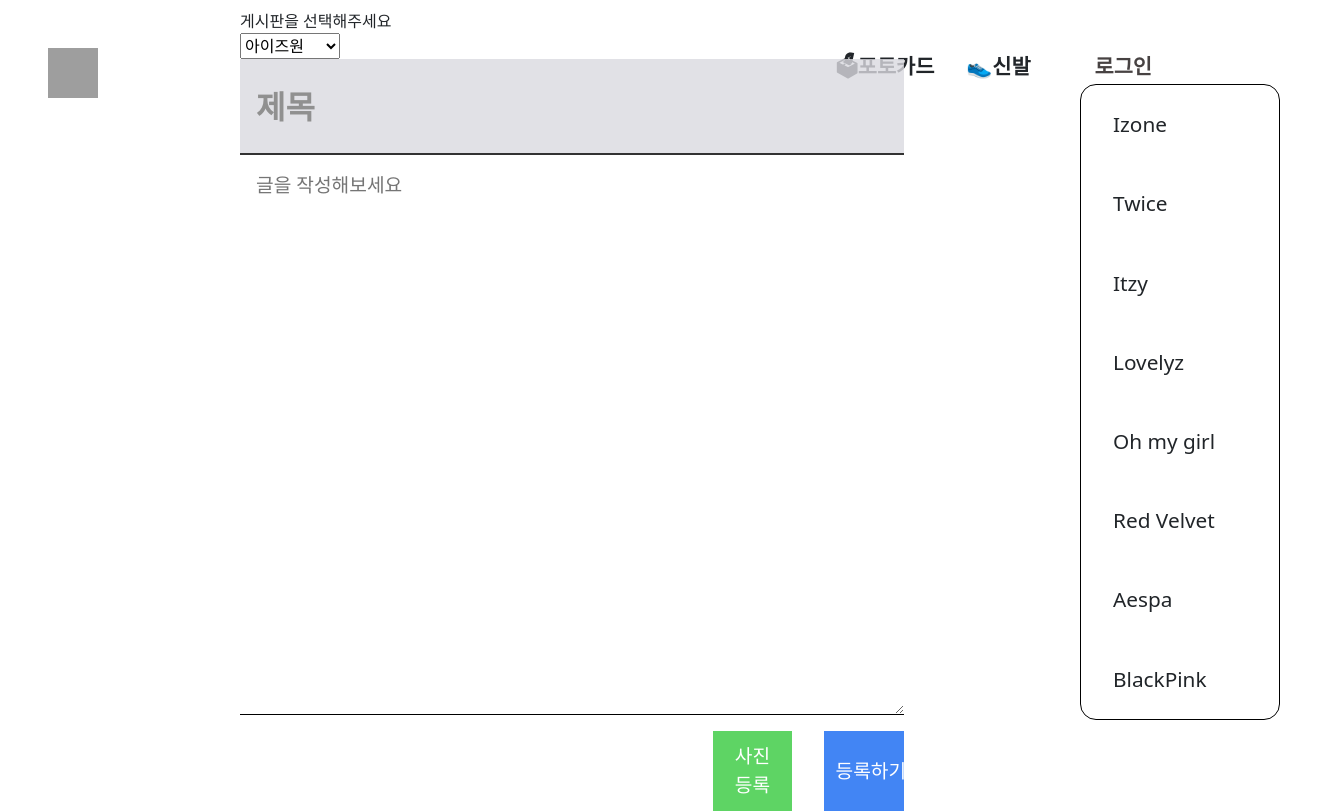
Repository: hwangstar156/goods-trader
Page: /write
An editor plug-in stored every save of this project. The page is shown before and after a run of saves, followed by the edit.
The browser window is 1280 px wide. The page is 1328 px wide, so the pictures cover 1328 px, including what lies to the right of the window. The pictures show the whole page.
Pictures or frames that could not be fetched are drawn as grey boxes. Some web libraries are served in a nearby version. The project was rebuilt for these pictures with package versions that can differ from the ones it lists, and the page was loaded fresh each time. Also part of the build but not shown: src/App.css, src/component/sign-up/sign-up.component.jsx, src/component/sign-in/sign-in.styles.scss, src/component/sign-in/sign-in.component.jsx, src/component/with-spinner/withSpinner.styles.scss, src/component/with-spinner/withSpinner.component.jsx, src/pages/userprofile/userprofile.styles.scss, src/pages/userprofile/userprofile.utils.js and 7 more.

Above is the page before, as saved 2021-09-05 17:57:38.

### public/index.html
<!DOCTYPE html>
<html lang="en">
  <head>
    <meta charset="utf-8" />
    <link rel="icon" href="%PUBLIC_URL%/favicon.ico" />
    <meta name="viewport" content="width=device-width, initial-scale=1" />
    <meta name="theme-color" content="#000000" />
    <meta
      name="description"
      content="Web site created using create-react-app"
    />
    <link rel="apple-touch-icon" href="%PUBLIC_URL%/logo192.png" />

    <link rel="manifest" href="%PUBLIC_URL%/manifest.json" />
    <script src="https://kit.fontawesome.com/08c91e1c0e.js" crossorigin="anonymous"></script>
    <title>Goods trader</title>
  </head>
  <body>
    <div id="root"></div>
  </body>
</html>

### src/index.js
import React from "react";
import ReactDOM from "react-dom";
import "./index.css";
import App from "./App";
import reportWebVitals from "./reportWebVitals";
import { BrowserRouter } from "react-router-dom";
import { PersistGate } from "redux-persist/integration/react";
import { store, persistor } from "./redux/store";
import { Provider } from "react-redux";
import "bootstrap/dist/css/bootstrap.min.css";
ReactDOM.render(
  <Provider store={store}>
    <BrowserRouter>
      <PersistGate persistor={persistor}>
        <App />
      </PersistGate>
    </BrowserRouter>
  </Provider>,

  document.getElementById("root")
);

// If you want to start measuring performance in your app, pass a function
// to log results (for example: reportWebVitals(console.log))
// or send to an analytics endpoint. Learn more: https://bit.ly/CRA-vitals
reportWebVitals();

### src/App.js
import "./App.css";
import { Switch, Route, Redirect } from "react-router-dom";
import SignUpPage from "./component/sign-up/sign-up.component";
import SignInPage from "./component/sign-in/sign-in.component";
import UserProfileContainer from "./pages/userprofile/userprofile.container";
import React, { useEffect } from "react";
import Header from "./component/header/header.component";
import HomePage from "./pages/homepage.component";
import { useDispatch, useSelector } from "react-redux";
import { selectCurrentUser } from "./redux/user/user.selector";
import { checkUserSession } from "./redux/user/user.action";
import WritePage from "./pages/write/write.pages";
const App = () => {
  const currentUser = useSelector(selectCurrentUser);
  const dispatch = useDispatch();

  useEffect(() => {
    dispatch(checkUserSession());
  }, [dispatch]);
  return (
    <>
      <Header />
      <Switch>
        <Route exact path="/" render={() => <HomePage />} />
        <Route exact path="/signup" component={SignUpPage} />
        <Route
          exact
          path="/signin"
          render={() => (currentUser ? <Redirect to="/" /> : <SignInPage />)}
        />
        <Route exact path="/profile" component={UserProfileContainer}></Route>
        <Route exact path="/write" component={WritePage}></Route>
      </Switch>
    </>
  );
};

export default App;

### src/redux/store.js
import { createStore, applyMiddleware } from "redux";
import logger from "redux-logger";
import { persistStore } from "redux-persist";
import rootReducer from "./root-redux";
import { composeWithDevTools } from "redux-devtools-extension";
import createSagaMiddleware from "redux-saga";
import rootSaga from "./root-saga";

const sagaMiddleware = createSagaMiddleware();
const middlewares = [logger, sagaMiddleware];

const store = createStore(
  rootReducer,
  composeWithDevTools(applyMiddleware(...middlewares))
);
sagaMiddleware.run(rootSaga);
const persistor = persistStore(store);

export { store, persistor };

### src/pages/userprofile/userprofile.container.jsx
import WithSpinner from "../../component/with-spinner/withSpinner.component";
import UserProfilePage from "./userprofile.pages";
import { compose } from "redux";
import { connect } from "react-redux";
import { createStructuredSelector } from "reselect";
import { selectUserFetching } from "../../redux/user/user.selector";

const mapStateToProps = createStructuredSelector({
  isLoading: selectUserFetching,
});

const UserProfileContainer = compose(
  connect(mapStateToProps),
  WithSpinner
)(UserProfilePage);

export default UserProfileContainer;

### src/component/header/header.component.jsx
import React from "react";
import ProfileIcon from "../userprofile/profileicon.component";
import { Link, useHistory } from "react-router-dom";
import "./header.styles.scss";
import { useSelector } from "react-redux";
import {
  selectCurrentUser,
  selectUserLoggedIn,
} from "../../redux/user/user.selector";

const Header = () => {
  const currentUser = useSelector(selectCurrentUser);
  const isLoggedIn = useSelector(selectUserLoggedIn);
  const history = useHistory();
  const handleLogoClick = () => {
    history.push("/");
  };

  return (
    <>
      <div className="header-container">
        <div className="logo" onClick={handleLogoClick}>
          <img
            src="https://www.freepnglogos.com/uploads/logo-website-png/logo-website-file-globe-icon-svg-wikimedia-commons-21.png"
            alt=""
            className="logo-img"
          />
        </div>
        <div className="header-element">
          {isLoggedIn ? (
            <Link className="header-write" to="/write">
              📝글쓰기
            </Link>
          ) : null}

          <div className="header-photocard">🗳포토카드</div>
          <div className="header-sneakers">👟신발</div>
          {currentUser ? (
            <ProfileIcon />
          ) : (
            <Link to="/signin" className="sign-in-btn">
              로그인
            </Link>
          )}
        </div>
      </div>
    </>
  );
};

export default Header;

### src/redux/user/user.selector.js
import { createSelector } from "reselect";

const selectUser = (state) => state.user;

export const selectCurrentUser = createSelector(
  [selectUser],
  (user) => user.currentUser
);

export const selectUserError = createSelector(
  [selectUser],
  (user) => user.error
);

export const selectUserFetching = createSelector(
  [selectUser],
  (user) => user.isFetching
);

export const selectUserLoggedIn = createSelector(
  [selectUser],
  (user) => user.isLoggedIn
);

### src/redux/user/user.action.js
import { UserActionTypes } from "./user.types";

export const googleSignInStart = () => ({
  type: UserActionTypes.GOOGLE_SIGN_IN_START,
});

export const emailSignInStart = (emailAndPassword) => ({
  type: UserActionTypes.EMAIL_SIGN_IN_START,
  payload: emailAndPassword,
});

export const signInSuccess = (user) => ({
  type: UserActionTypes.SIGN_IN_SUCCESS,
  payload: user,
});

export const signInFailure = (err) => ({
  type: UserActionTypes.SIGN_IN_FAILURE,
  payload: err,
});

export const checkUserSession = () => ({
  type: UserActionTypes.CHECK_USER_SESSION,
});

export const signOutStart = () => ({
  type: UserActionTypes.SIGN_OUT_START,
});

export const signOutSuccess = () => ({
  type: UserActionTypes.SIGN_OUT_SUCCESS,
});

export const signOutFailure = (err) => ({
  type: UserActionTypes.SIGN_OUT_FAILURE,
  payload: err,
});

export const signUpStart = (userObj) => ({
  type: UserActionTypes.SIGN_UP_START,
  payload: userObj,
});

export const signUpSuccess = ({ user, additionalData }) => ({
  type: UserActionTypes.SIGN_UP_SUCCESS,
  payload: { user, additionalData },
});

export const signUpFailure = (err) => ({
  type: UserActionTypes.SIGN_UP_FAILURE,
  payload: err,
});

export const refreshUserStart = () => ({
  type: UserActionTypes.REFRESH_USER_START,
});

export const refreshUserSuccess = (user) => ({
  type: UserActionTypes.REFRESH_USER_SUCCESS,
  payload: user,
});

export const refreshUserFailure = (err) => ({
  type: UserActionTypes.REFRESH_USER_FAILURE,
  payload: err,
});

### src/pages/write/write.pages.jsx
import React from "react";
import { useState } from "react";
import { useSelector } from "react-redux";
import { firestore, storageRef } from "../../firebase/firebase.utils";
import { selectCurrentUser } from "../../redux/user/user.selector";
import { v4 as uuidv4 } from "uuid";
import { useRef } from "react";
import MenuAside from "../../component/menu-aside/menu-aside.component";
import "github-markdown-css";
import "./write.styles.scss";
import { selectIdols } from "../../redux/idol/idol.selector";
const WritePage = () => {
  const imgRef = useRef(null);
  const currentUser = useSelector(selectCurrentUser);
  const idolCollection = useSelector(selectIdols);
  const [text, setText] = useState({
    headText: "",
    mainText: "",
  });
  const [file, setFile] = useState("");
  const { headText, mainText } = text;

  const onSubmit = async (e) => {
    e.preventDefault();
    let fileUrl = "";
    const fileRef = storageRef.child(`${currentUser.id}/${uuidv4()}`);
    const responce = await fileRef.put(file);

    console.log(responce);
    responce.ref.getDownloadURL().then((url) => {
      fileUrl = url;
      imgRef.current.src = url;
    });

    const writing = {
      headText,
      mainText,
      createAt: Date.now(),
      fileUrl,
    };
    firestore.collection("writings").add(writing);
    setFile("");
    setText({
      ...text,
      headText: "",
      mainText: "",
    });
  };

  const onChangeTextInput = (e) => {
    const name = e.target.name;
    setText({
      ...text,
      [name]: e.target.value,
    });
  };

  const onChangeFiles = (e) => {
    const theFile = e.target.files[0];
    if (!theFile) {
      return;
    }
    if (!theFile.type.match(/image.*/)) {
      return;
    }
    setFile(theFile);
  };

  const onChangeSelectIdol = (e) => {};

  return (
    <div className="write-container">
      <form onSubmit={onSubmit} className="inputs-form">
        <label htmlFor="">게시판을 선택해주세요</label>
        <select
          name="idol"
          id="select-collection"
          onChange={onChangeSelectIdol}
          className="idol-selector"
        >
          {idolCollection.map(({ id, title }) => (
            <option key={id} value={title}>
              {title}
            </option>
          ))}
        </select>
        <input
          type="text"
          name="headText"
          className="head-input"
          value={headText}
          placeholder="제목"
          onChange={onChangeTextInput}
        />
        <textarea
          type="text"
          placeholder="글을 작성해보세요"
          className="main-input"
          name="mainText"
          value={mainText}
          onChange={onChangeTextInput}
        />
        <input
          type="file"
          accept="image/*"
          onChange={onChangeFiles}
          className="file-input"
        />
        <footer className="footer-element">
          <button type="button" className="file-btn">
            사진 등록
          </button>
          <input type="submit" className="submit-btn" value="등록하기" />
        </footer>
      </form>
      <MenuAside className="menu-aside" />
      <div className="image-preview">
        <img src="" alt="" ref={imgRef} />
      </div>
    </div>
  );
};

export default WritePage;

### src/redux/root-redux.js
import { combineReducers } from "redux";
import { persistReducer } from "redux-persist";
import storage from "redux-persist/lib/storage";
import idolReducer from "./idol/idol.reducer";
import userReducer from "./user/user.reducer";
const persistConfig = {
  key: "root",
  storage,
  whitelist: ["cart"],
};

const rootReducer = combineReducers({
  user: userReducer,
  idol: idolReducer,
});

export default persistReducer(persistConfig, rootReducer);

### src/redux/root-saga.js
import { all, call } from "redux-saga/effects";
import { userSagas } from "./user/user.saga";
export default function* rootSaga() {
  yield all([call(userSagas)]);
}

### src/component/sign-up/sign-up.styles.scss
@import url("https://fonts.googleapis.com/css2?family=Poppins&display=swap");
@import url("https://fonts.googleapis.com/css2?family=Jua&display=swap");

* {
  box-sizing: content-box;
  margin: 0;
}
.sign-up-page {
  width: 100%;
  height: 100vh;
  font-family: "Jua", sans-serif;
  & .form-input {
    display: flex;
    flex-direction: column;
    width: 35%;
    justify-content: center;
    margin: 0 auto;
    margin-top: 4rem;
    background-color: skyblue;
    padding: 3rem;
    border-radius: 1rem;

    & h3 {
      font-size: 2rem;
      text-align: center;
      color: black;
    }

    & .sign-up-input {
      margin-top: 2rem;
      height: 3rem;
      background-color: lightgray;
      border: 1px solid black;
      border-radius: 0.5rem;
      font-size: 1rem;
      letter-spacing: 0.1rem;
      padding-left: 1rem;
      &::placeholder {
        letter-spacing: normal;
        font-size: 80%;
        opacity: 1;
      }
    }
  }

  & .sign-up-title {
    display: flex;
    font-style: italic;
    padding-top: 3rem;
    font-size: 3em;

    color: tomato;
    justify-content: center;

    & strong {
      color: blue;
    }
  }

  & .submit-btn {
    width: 20%;
    margin: 4rem auto 0 auto;
    padding: 1rem;
    border-radius: 1.5rem;
    border: transparent;
    background-color: #4285f4;
    color: white;
    font-size: 1rem;

    &:hover {
      cursor: pointer;
      background-color: #357ae8;
    }
  }
}

### src/component/header/header.styles.scss
@import url("https://fonts.googleapis.com/css2?family=Jua&display=swap");

.header-container {
  display: flex;
  position: relative;
  left: 3rem;
  top: 3rem;
  & .logo-img {
    width: 50px;
    height: 50px;
    cursor: pointer;
  }

  & .header-element {
    display: flex;
    position: absolute;
    right: 11rem;
    font-size: 1.3rem;
    line-height: 40px;
    font-weight: 600;
    font-family: "Jua", sans-serif;

    & .header-write {
      text-decoration: none;
      color: rgb(71, 66, 66);
    }

    & .sign-in-btn {
      text-decoration: none;
      color: rgb(71, 66, 66);
    }
    & .header-write {
      margin-right: 2rem;
    }

    & .header-photocard {
      margin-right: 2rem;
    }

    & .header-sneakers {
      margin-right: 4rem;
    }
  }
}

### src/redux/user/user.types.js
export const UserActionTypes = {
  GOOGLE_SIGN_IN_START: "GOOGLE_SIGN_IN_START",
  EMAIL_SIGN_IN_START: "EMAIL_SIGN_IN_START",
  SIGN_IN_SUCCESS: "SIGN_IN_SUCCESS",
  SIGN_IN_FAILURE: "SIGN_IN_FAILURE",
  CHECK_USER_SESSION: "CHECK_USER_SESSION",
  SIGN_OUT_START: "SIGN_OUT_START",
  SIGN_OUT_SUCCESS: "SIGN_OUT_SUCCESS",
  SIGN_OUT_FAILURE: "SIGN_OUT_FAILURE",
  SIGN_UP_START: "SIGN_UP_START",
  SIGN_UP_SUCCESS: "SIGN_UP_SUCCESS",
  SIGN_UP_FAILURE: "SIGN_UP_FAILURE",
  CHANGE_USER_IMAGE: "CHANGE_USER_IMAGE",
  REFRESH_USER_START: "REFRESH_USER_START",
  REFRESH_USER_SUCCESS: "REFRESH_USER_REFRESH_USER_SUCCESS",
  REFRESH_USER_FAILURE: "REFRESH_USER_FAILURE",
};

### src/component/menu-aside/menu-aside.component.jsx
import React from "react";
import "./menu-aside.styles.scss";
const MenuAside = () => {
  return (
    <aside>
      <ul className="menu-aside">
        <li>Izone</li>
        <li>Twice</li>
        <li>Itzy</li>
        <li>Lovelyz</li>
        <li>Oh my girl</li>
        <li>Red Velvet</li>
        <li>Aespa</li>
        <li>BlackPink</li>
      </ul>
    </aside>
  );
};

export default MenuAside;

### src/pages/write/write.styles.scss
.write-container {
  height: 100vh;
  display: flex;
  justify-content: center;
  align-items: center;



  & .inputs-form {
    display: flex;
    flex-direction: column;
    margin-left: 15rem;
    margin-right: 6rem;
    width: 900px;
    & .idol-selector{
        width: 15%;
        display: inline-block;
    }
    & .head-input {
      height: 6rem;
      border: none;
      border-bottom: 2px solid black;
      background-color: rgb(218, 218, 224);
      opacity: 0.8;
      padding-left: 1rem;
      font-weight: 600;
      font-size: 2rem;
      &:focus {
        outline: none;
      }
    }

    & .main-input {
      border: none;
      border-bottom: 1px solid black;
      height: 35rem;
      padding: 1rem 0 0 1rem;
      font-size: 1.2rem;
      &:focus {
        outline: none;
      }
    }

     & .file-input{
         display: none;
     }
    & .footer-element{
        display: flex;
        & .file-btn{
            width: 12%;
            padding: 0.7rem;
            margin-left: auto;
            margin-top: 1rem;
            margin-right: 2rem;
            color: white;
            border: none;
            font-size: 1.2rem;
            background-color: #5ed464;
            &:hover{
                background-color: #45be4b;
            }
        }
        & .submit-btn{
            width: 12%;
            padding: 0.7rem;
            margin-top: 1rem;
            color: white;
            border: none;
            font-size: 1.2rem;
            background-color: #4285f4;
            &:hover{
                background-color: #357ae8;
            }
        }
    }
  }
}

### src/redux/idol/idol.selector.js
import { createSelector } from "reselect";

const selectIdol = (state) => state.idol;

export const selectIdols = createSelector(
  [selectIdol],
  (idol) => idol.sections
);

### src/redux/idol/idol.reducer.js
import idolData from "./idol.data";
import IdolTypeActions from "./idol.type";
const idolReducer = (state = idolData, action) => {
  switch (action.type) {
    case IdolTypeActions.CHANGE_IMAGE_SIZE:
      return {
        ...state,
        imageUrl: action.payload,
      };
    default:
      return state;
  }
};

export default idolReducer;

### src/redux/user/user.reducer.js
import { UserActionTypes } from "./user.types";

const INITIAL_STATE = {
  currentUser: null,
  error: null,
  isFetching: true,
  isLoggedIn: false,
};

const userReducer = (state = INITIAL_STATE, action) => {
  switch (action.type) {
    case UserActionTypes.REFRESH_USER_START:
    case UserActionTypes.CHECK_USER_SESSION:
      return {
        ...state,
        isFetching: true,
      };
    case UserActionTypes.REFRESH_USER_SUCCESS:
    case UserActionTypes.SIGN_IN_SUCCESS:
      return {
        ...state,
        currentUser: action.payload,
        error: null,
        isFetching: false,
        isLoggedIn: true,
      };
    case UserActionTypes.SIGN_OUT_SUCCESS:
      return {
        ...state,
        currentUser: null,
        error: null,
        isLoggedIn: false,
      };
    case UserActionTypes.REFRESH_USER_FAILURE:
    case UserActionTypes.SIGN_IN_FAILURE:
    case UserActionTypes.SIGN_OUT_FAILURE:
    case UserActionTypes.SIGN_UP_FAILURE:
      return {
        ...state,
        error: action.payload,
      };
    default:
      return state;
  }
};

export default userReducer;

### src/component/menu-aside/menu-aside.styles.scss
.menu-aside {
    list-style: none;
    min-width: 200px;
    margin-left: 5rem;
    border-radius: 1rem;
    border: 1px solid black;
    padding-left: 0;

    & li {
        margin-left: 0;
      padding: 1.5rem 0 1.5rem 2rem;
      font-size: 1.3rem;
      border-radius: 1rem;
      &:hover{
          background-color: rgb(169, 169, 255);
          color: white;
        cursor:pointer;
      }
    }
  }

### src/redux/idol/idol.data.js
const idolData = {
  sections: [
    {
      title: "아이즈원",
      imageUrl:
        "https://data.ygosu.com/editor/attach/20190226/20190226183618_zltermyq.png",
      id: 1,
      linkUrl: "collection/izone",
    },
    {
      title: "트와이스",
      imageUrl: "https://pbs.twimg.com/media/Cy3Wj-5UAAAnKhC.jpg",
      id: 2,
      linkUrl: "collection/twice",
    },
    {
      title: "itzy",
      imageUrl: "https://t1.daumcdn.net/cfile/tistory/998490455C7ABBF703",
      id: 3,
      linkUrl: "collection/itzy",
    },
    {
      title: "러블리즈",
      imageUrl: "https://pbs.twimg.com/media/DNoNIHMUEAAQRai.jpg:large",
      id: 4,
      linkUrl: "collection/lovelyz",
    },
    {
      title: "오마이걸",
      imageUrl:
        "https://blog.kakaocdn.net/dn/tegj9/btqyuFpCiAj/KCKVi3ABV1KA1duQLSm1c1/img.jpg",
      id: 5,
      linkUrl: "collection/omygirl",
    },
    {
      title: "레드벨벳",
      imageUrl:
        "https://blog.kakaocdn.net/dn/bvtVxD/btqMfhWcXgE/anTtVfo6r12XiVNOLuhlkK/img.png",
      id: 6,
      linkUrl: "collection/redvelvet",
    },
    {
      title: "에스파",
      imageUrl: "https://pbs.twimg.com/media/Er64LL-VQAA708Y.jpg",
      id: 7,
      linkUrl: "collection/aespa",
    },
    {
      title: "블랙핑크",
      imageUrl:
        "https://www.wallpapertip.com/wmimgs/96-966442_blackpink-hd.jpg",
      id: 8,
      linkUrl: "collection/blackpink",
    },
  ],
};

export default idolData;

### src/redux/idol/idol.type.js
const IdolTypeActions = {
  CHANGE_IMAGE_SIZE: "CHANGE_IMAGE_SIZE",
};

export default IdolTypeActions;

### src/menu-item/menu-item.styles.scss
* {
  box-sizing: content-box;
  margin: 0;
}

.menu-item {
  overflow: hidden;
  min-width: 30%;
  &:hover {
    cursor: pointer;

    & .background-image {
      transform: scale(1.04);
      transition: transform 2s cubic-bezier(0.25, 0.45, 0.45, 0.95);

      & .content {
        opacity: 0.9;
      }
    }
  }
  & .background-image {
    position: relative;
    height: 700px;

    background-size: cover;
    background-repeat: no-repeat;
    background-position: center;

    & .content {
      position: absolute;
      width: 7.5rem;
      height: 7.5rem;
      display: flex;
      flex-direction: column;
      align-items: center;
      justify-content: center;
      border: 1px solid black;
      top: 50%;
      left: 50%;
      background-color: white;
      opacity: 0.7;
      transform: translate(-50%, -50%);
      border-radius: 0.5rem;
      & .title {
        font-weight: bold;
        margin: 0 3px 0;
        font-size: 20px;
        color: #4a4a4a;
        font-family: sans-serif;
      }
    }
  }
}

Loaded but not shown: src/index.css (common file); src/reportWebVitals.js (common file); src/redux/user/user.saga.js (119 lines, source omitted); src/firebase/firebase.utils.js (87 lines, source omitted)

After the next 2 saves:
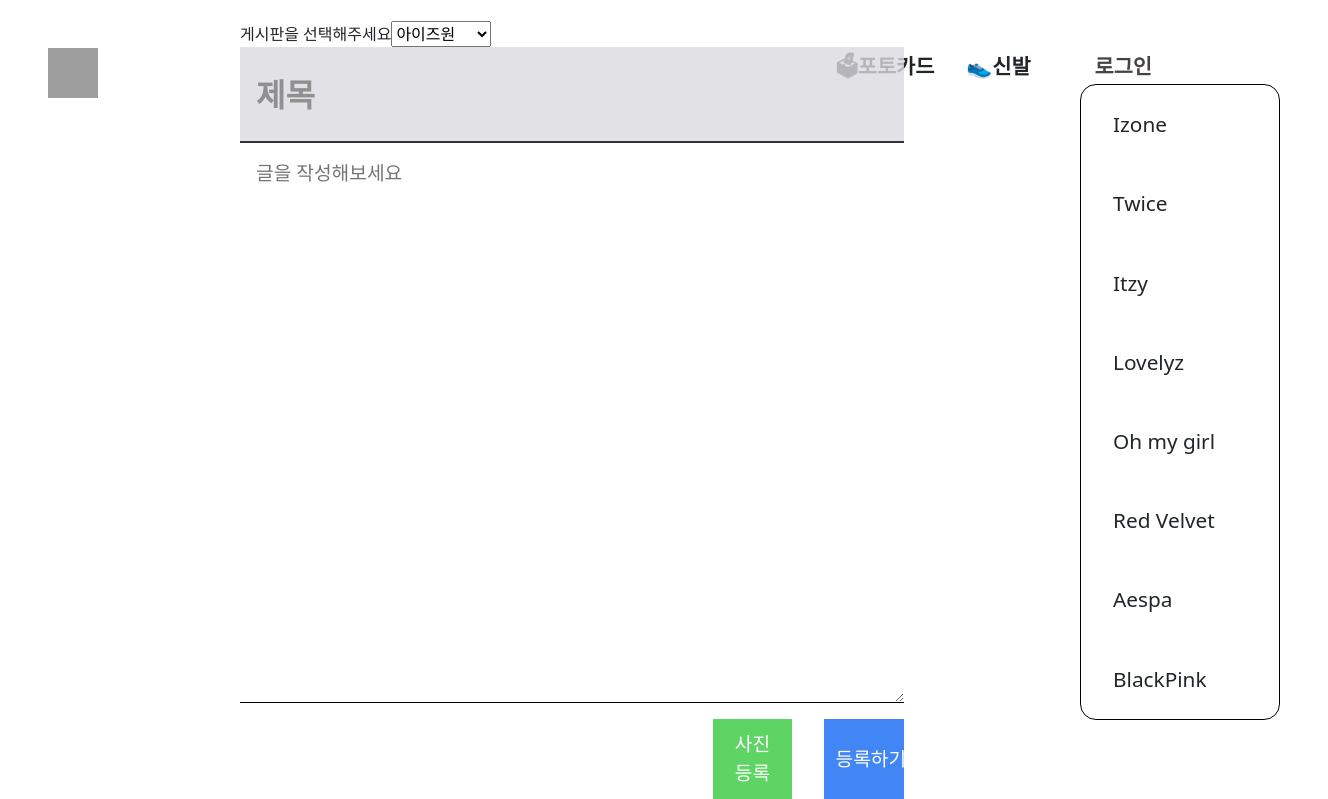
The 2 saves are shown as one change because 1 did not build or start.
The last was saved 53 s later.
--- a/src/pages/write/write.pages.jsx
+++ b/src/pages/write/write.pages.jsx
@@ -71,19 +71,22 @@ const WritePage = () => {
   return (
     <div className="write-container">
       <form onSubmit={onSubmit} className="inputs-form">
-        <label htmlFor="">게시판을 선택해주세요</label>
-        <select
-          name="idol"
-          id="select-collection"
-          onChange={onChangeSelectIdol}
-          className="idol-selector"
-        >
-          {idolCollection.map(({ id, title }) => (
-            <option key={id} value={title}>
-              {title}
-            </option>
-          ))}
-        </select>
+        <div className="select-container">
+          <label htmlFor="">게시판을 선택해주세요</label>
+          <select
+            name="idol"
+            id="select-collection"
+            onChange={onChangeSelectIdol}
+            className="idol-selector"
+          >
+            {idolCollection.map(({ id, title }) => (
+              <option key={id} value={title}>
+                {title}
+              </option>
+            ))}
+          </select>
+        </div>
+
         <input
           type="text"
           name="headText"
